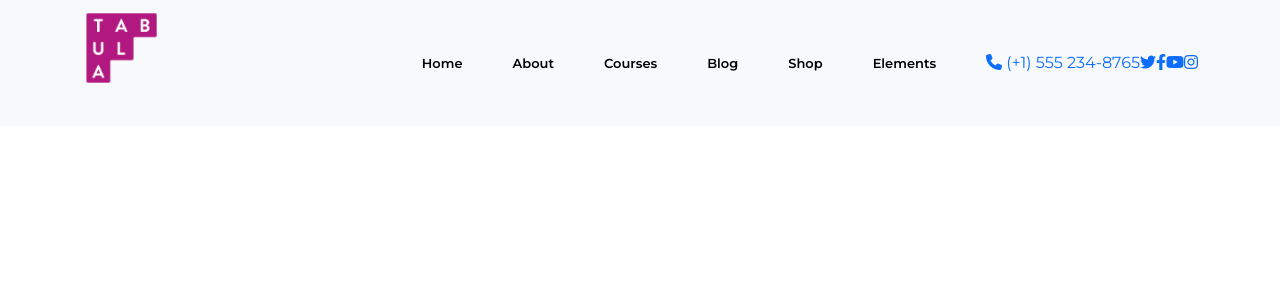
Repository: minhtrivu6199/tabula
Page: index.html
These files come from the project's save history. The page is drawn as it stood at one moment and after the next save; the edit follows.
The browser window is 1280 px wide. The pictures show the whole page.
Some web libraries are served in a nearby version. The style sheet was rebuilt from its Sass, Less or Tailwind sources for each picture, by a compiler version that may differ from the author's.

Above is the page before, as saved 2022-09-27 15:31:45.

### index.html
<!DOCTYPE html>
<html lang="en">
  <head>
    <title>Tabula</title>
    <link rel="shortcut icon" href="img/crest.png" type="image/x-icon" />
    <!-- Required meta tags -->
    <meta charset="utf-8" />
    <meta
      name="viewport"
      content="width=device-width, initial-scale=1, shrink-to-fit=no"
    />

    <!-- Font -->
    <link rel="preconnect" href="https://fonts.googleapis.com" />
    <link rel="preconnect" href="https://fonts.gstatic.com" crossorigin />
    <link
      href="https://fonts.googleapis.com/css2?family=Montserrat:wght@300;400;500;600;700&display=swap"
      rel="stylesheet"
    />

    <!-- Bootstrap CSS v5.2.0-beta1 -->
    <link
      rel="stylesheet"
      href="https://cdn.jsdelivr.net/npm/bootstrap@5.2.0/dist/css/bootstrap.min.css"
      integrity="sha384-gH2yIJqKdNHPEq0n4Mqa/HGKIhSkIHeL5AyhkYV8i59U5AR6csBvApHHNl/vI1Bx"
      crossorigin="anonymous"
    />

    <!-- FontAwesome 6.1.1 CSS -->
    <link
      rel="stylesheet"
      href="https://cdnjs.cloudflare.com/ajax/libs/font-awesome/6.1.1/css/all.min.css"
      integrity="sha512-KfkfwYDsLkIlwQp6LFnl8zNdLGxu9YAA1QvwINks4PhcElQSvqcyVLLD9aMhXd13uQjoXtEKNosOWaZqXgel0g=="
      crossorigin="anonymous"
      referrerpolicy="no-referrer"
    />

    <!-- CSS -->
    <link rel="stylesheet" href="./css/style.min.css" />
  </head>

  <body>
    <header class="header">
      <nav class="navbar navbar-expand-lg navbar-fixed-top bg-light">
        <div class="container">
          <div class="header-left">
            <a href="" class="navbar-brand logo">
              <img src="./img/crest.png" alt="" />
            </a>
          </div>
          <div class="header-right">
            <div class="header-menu d-xs-none">
              <ul class="navbar-nav menu">
                <li class="nav-item">
                  <a href="" class="nav-link"> Home </a>
                </li>
                <li class="nav-item">
                  <a href="" class="nav-link"> About </a>
                </li>
                <li class="nav-item">
                  <a href="" class="nav-link"> Courses </a>
                </li>
                <li class="nav-item">
                  <a href="" class="nav-link"> Blog </a>
                </li>
                <li class="nav-item">
                  <a href="" class="nav-link"> Shop </a>
                </li>
                <li class="nav-item">
                  <a href="" class="nav-link"> Elements </a>
                </li>
              </ul>
            </div>
            <div class="header-right-inner">
              <div class="header-btn">
                <a href="" class="btn-default btn-border btn-violet">
                  <span class="btnWidgetIcon">
                    <i class="fa fa-phone"></i>
                  </span>
                  <span class="btnWidgetText"> (+1) 555 234-8765 </span>
                </a>
              </div>
              <a href="" class="iconWidget">
                <div class="btnWidgetIcon">
                  <i class="fab fa-twitter"></i>
                </div>
              </a>
              <a href="" class="iconWidget">
                <div class="btnWidgetIcon">
                  <i class="fab fa-facebook-f"></i>
                </div>
              </a>
              <a href="" class="iconWidget">
                <div class="btnWidgetIcon">
                  <i class="fab fa-youtube"></i>
                </div>
              </a>
              <a href="" class="iconWidget">
                <div class="btnWidgetIcon">
                  <i class="fab fa-instagram"></i>
                </div>
              </a>
            </div>
          </div>
        </div>
      </nav>
    </header>
    <!-- Bootstrap JavaScript Libraries -->
    <script
      src="https://cdn.jsdelivr.net/npm/@popperjs/core@2.11.5/dist/umd/popper.min.js"
      integrity="sha384-Xe+8cL9oJa6tN/veChSP7q+mnSPaj5Bcu9mPX5F5xIGE0DVittaqT5lorf0EI7Vk"
      crossorigin="anonymous"
    ></script>

    <script
      src="https://cdn.jsdelivr.net/npm/bootstrap@5.2.0/dist/js/bootstrap.min.js"
      integrity="sha384-ODmDIVzN+pFdexxHEHFBQH3/9/vQ9uori45z4JjnFsRydbmQbmL5t1tQ0culUzyK"
      crossorigin="anonymous"
    ></script>
  </body>
</html>

### scss/style.scss
* {
    margin: 0;
    padding: 0;
    box-sizing: border-box;
}

html, body {
    font-family: 'Montserrat', sans-serif;
}

a {
    text-decoration: none;
}

ul {
    list-style: none;
}

.header {
    .navbar{
        .container {
            justify-content: space-between;
            .header-left {
                .logo {
                    img {
                        width: 80px;
                        display: block;
                    }
                }
            }

            .header-right {
                display: flex;
                justify-content: space-between;
                .header-menu {
                    .menu {
                        .nav-item {
                            display: block;
                            padding: 0 50px 0 0;
                            .nav-link {
                                font-weight: 600;
                                color: #000;
                                line-height: 80px;
                                display: block;
                                position: relative;
                                padding: 0;
                                font-size: 13px;
                            }
                        }
                    }
                }

                .header-right-inner {
                    display: flex;
                    line-height: 38px;
                    align-items: center;
                    vertical-align: middle;
                    font-size: 16px;
                    .header-btn {

                    }

                    .iconWidget {

                    }
                }
            }
        }
    }
}

After the next save:
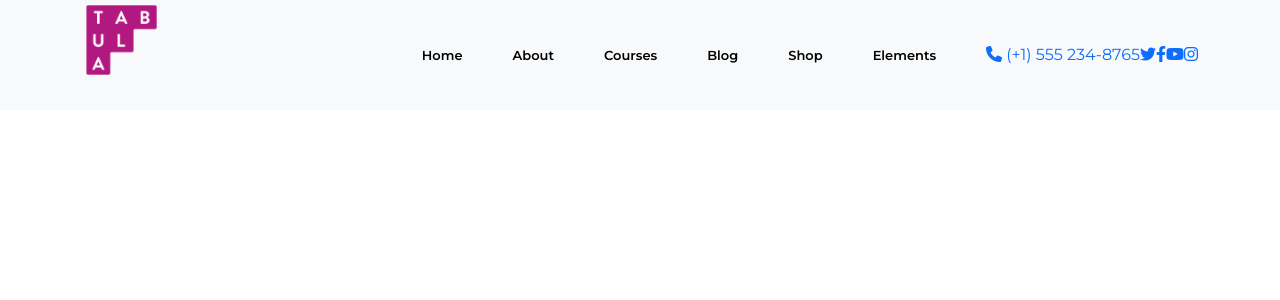
Saved 79 s later.
--- a/index.html
+++ b/index.html
@@ -41,7 +41,7 @@
 
   <body>
     <header class="header">
-      <nav class="navbar navbar-expand-lg navbar-fixed-top bg-light">
+      <nav class="navbar navbar-expand-lg navbar-fixed-top bg-light p-0">
         <div class="container">
           <div class="header-left">
             <a href="" class="navbar-brand logo">
